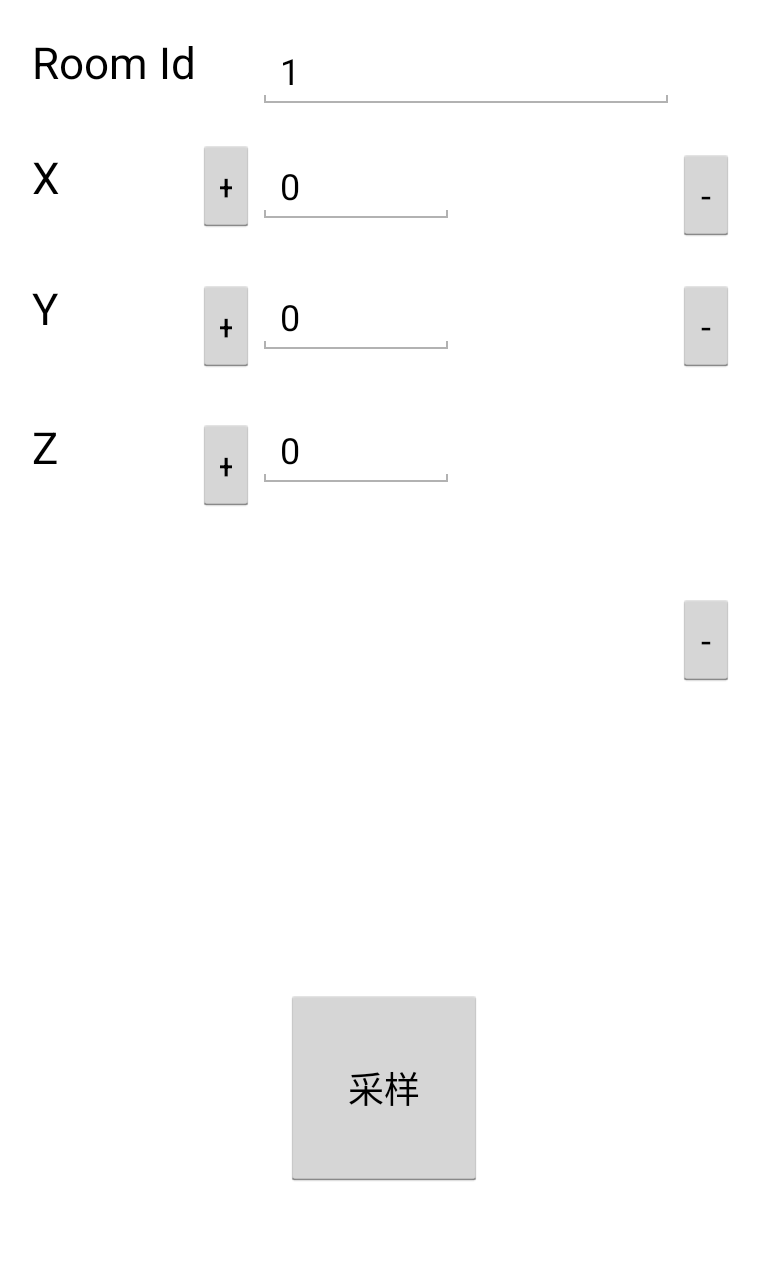
Repository: RenchuSong/tMap_Android
Layout: tmap_model_tool/res/layout/wifi_conllector.xml
An editor plug-in stored every save of this project. The layout is shown before and after the next save, followed by the edit.
It is drawn on a 768 x 1280 px phone screen (xhdpi) without system bars, with theme AppTheme; the app's code is not run.

Above is the layout before, as saved 2014-04-20 11:53:09.

### tmap_model_tool/res/layout/wifi_conllector.xml
<RelativeLayout xmlns:android="http://schemas.android.com/apk/res/android"
    xmlns:tools="http://schemas.android.com/tools"
    android:layout_width="match_parent"
    android:layout_height="match_parent"
    android:paddingBottom="@dimen/activity_vertical_margin"
    android:paddingLeft="@dimen/activity_horizontal_margin"
    android:paddingRight="@dimen/activity_horizontal_margin"
    android:paddingTop="@dimen/activity_vertical_margin"
    tools:context=".WifiCollector" >

    <TextView
        android:id="@+id/textView1"
        android:layout_width="wrap_content"
        android:layout_height="wrap_content"
        android:layout_alignParentLeft="true"
        android:layout_alignParentTop="true"
        android:text="Room Id"
        android:textAppearance="?android:attr/textAppearanceLarge" />

    <TextView
        android:id="@+id/textView2"
        android:layout_width="wrap_content"
        android:layout_height="wrap_content"
        android:layout_alignLeft="@+id/textView1"
        android:layout_below="@+id/textView1"
        android:layout_marginTop="28dp"
        android:text="X"
        android:textAppearance="?android:attr/textAppearanceLarge" />

    <TextView
        android:id="@+id/textView3"
        android:layout_width="wrap_content"
        android:layout_height="wrap_content"
        android:layout_alignLeft="@+id/textView2"
        android:layout_below="@+id/textView2"
        android:layout_marginTop="36dp"
        android:text="Y"
        android:textAppearance="?android:attr/textAppearanceLarge" />

    <TextView
        android:id="@+id/textView4"
        android:layout_width="wrap_content"
        android:layout_height="wrap_content"
        android:layout_alignLeft="@+id/textView3"
        android:layout_below="@+id/textView3"
        android:layout_marginTop="40dp"
        android:text="Z"
        android:textAppearance="?android:attr/textAppearanceLarge" />

    <EditText
        android:id="@+id/roomId"
        android:layout_width="wrap_content"
        android:layout_height="wrap_content"
        android:layout_marginLeft="30dp"
        android:layout_toRightOf="@+id/textView1"
        android:ems="10"
        android:text="1" >

    </EditText>

    <EditText
        android:id="@+id/x"
        android:layout_width="100dp"
        android:layout_height="wrap_content"
        android:layout_alignLeft="@+id/roomId"
        android:layout_alignTop="@+id/textView2"
        android:ems="10"
        android:text="0"  />

    <EditText
        android:id="@+id/y"
        android:layout_width="100dp"
        android:layout_height="wrap_content"
        android:layout_alignLeft="@+id/x"
        android:layout_alignTop="@+id/textView3"
        android:ems="10"
        android:text="0" >

    </EditText>

    <EditText
        android:id="@+id/z"
        android:layout_width="100dp"
        android:layout_height="wrap_content"
        android:layout_alignBaseline="@+id/textView4"
        android:layout_alignBottom="@+id/textView4"
        android:layout_alignLeft="@+id/y"
        android:ems="10"
        android:text="0" />

    <Button
        android:id="@+id/scan"
        android:layout_width="100dp"
        android:layout_height="100dp"
        android:layout_alignParentBottom="true"
        android:layout_centerHorizontal="true"
        android:layout_marginBottom="30dp"
        android:text="采样" />

    <Button
        android:id="@+id/up_x"
        android:layout_width="30dp"
        android:layout_height="wrap_content"
        android:layout_alignBaseline="@+id/x"
        android:layout_alignBottom="@+id/x"
        android:layout_toLeftOf="@+id/x"
        android:text="+" />

    <Button
        android:id="@+id/up_y"
        android:layout_width="30dp"
        android:layout_height="wrap_content"
        android:layout_alignLeft="@+id/up_x"
        android:layout_alignTop="@+id/y"
        android:text="+" />

    <Button
        android:id="@+id/up_z"
        android:layout_width="30dp"
        android:layout_height="wrap_content"
        android:layout_alignLeft="@+id/up_y"
        android:layout_alignTop="@+id/textView4"
        android:text="+" />

    <Button
        android:id="@+id/down_x"
        android:layout_width="30dp"
        android:layout_height="wrap_content"
        android:layout_alignParentRight="true"
        android:layout_alignTop="@+id/x"
        android:text="-" />

    <Button
        android:id="@+id/down_y"
        android:layout_width="30dp"
        android:layout_height="wrap_content"
        android:layout_alignParentRight="true"
        android:layout_alignTop="@+id/y"
        android:text="-" />

    <Button
        android:id="@+id/down_z"
        android:layout_width="30dp"
        android:layout_height="wrap_content"
        android:layout_alignParentRight="true"
        android:layout_centerVertical="true"
        android:text="-" />

</RelativeLayout>

Loaded but not shown: tmap_model_tool/res/values/styles.xml (common file); tmap_model_tool/res/values-v11/styles.xml (common file); tmap_model_tool/res/values-v14/styles.xml (common file); tmap_model_tool/res/values/dimens.xml (common file)

After the next save:
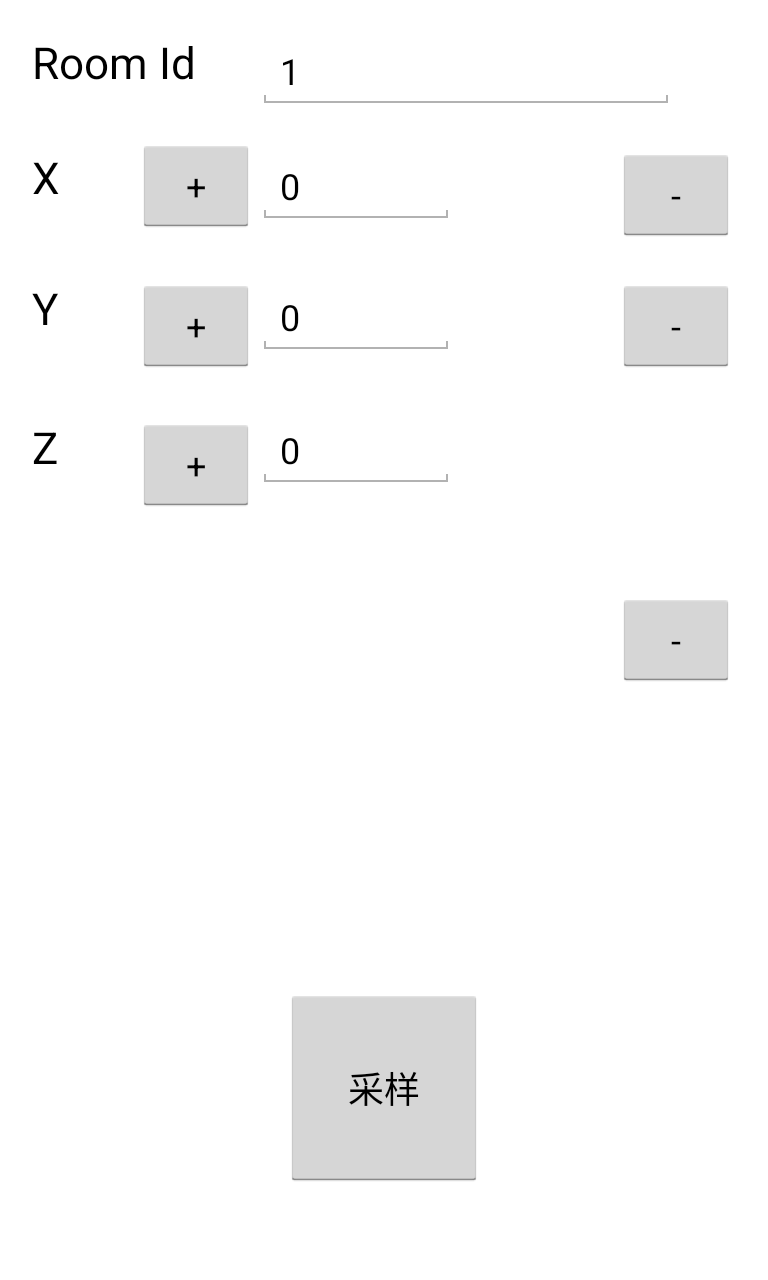
Saved 18 s later.
--- a/tmap_model_tool/res/layout/wifi_conllector.xml
+++ b/tmap_model_tool/res/layout/wifi_conllector.xml
@@ -99,7 +99,7 @@
 
     <Button
         android:id="@+id/up_x"
-        android:layout_width="30dp"
+        android:layout_width="60dp"
         android:layout_height="wrap_content"
         android:layout_alignBaseline="@+id/x"
         android:layout_alignBottom="@+id/x"
@@ -108,7 +108,7 @@
 
     <Button
         android:id="@+id/up_y"
-        android:layout_width="30dp"
+        android:layout_width="60dp"
         android:layout_height="wrap_content"
         android:layout_alignLeft="@+id/up_x"
         android:layout_alignTop="@+id/y"
@@ -116,7 +116,7 @@
 
     <Button
         android:id="@+id/up_z"
-        android:layout_width="30dp"
+        android:layout_width="60dp"
         android:layout_height="wrap_content"
         android:layout_alignLeft="@+id/up_y"
         android:layout_alignTop="@+id/textView4"
@@ -124,7 +124,7 @@
 
     <Button
         android:id="@+id/down_x"
-        android:layout_width="30dp"
+        android:layout_width="60dp"
         android:layout_height="wrap_content"
         android:layout_alignParentRight="true"
         android:layout_alignTop="@+id/x"
@@ -132,7 +132,7 @@
 
     <Button
         android:id="@+id/down_y"
-        android:layout_width="30dp"
+        android:layout_width="60dp"
         android:layout_height="wrap_content"
         android:layout_alignParentRight="true"
         android:layout_alignTop="@+id/y"
@@ -140,7 +140,7 @@
 
     <Button
         android:id="@+id/down_z"
-        android:layout_width="30dp"
+        android:layout_width="60dp"
         android:layout_height="wrap_content"
         android:layout_alignParentRight="true"
         android:layout_centerVertical="true"
